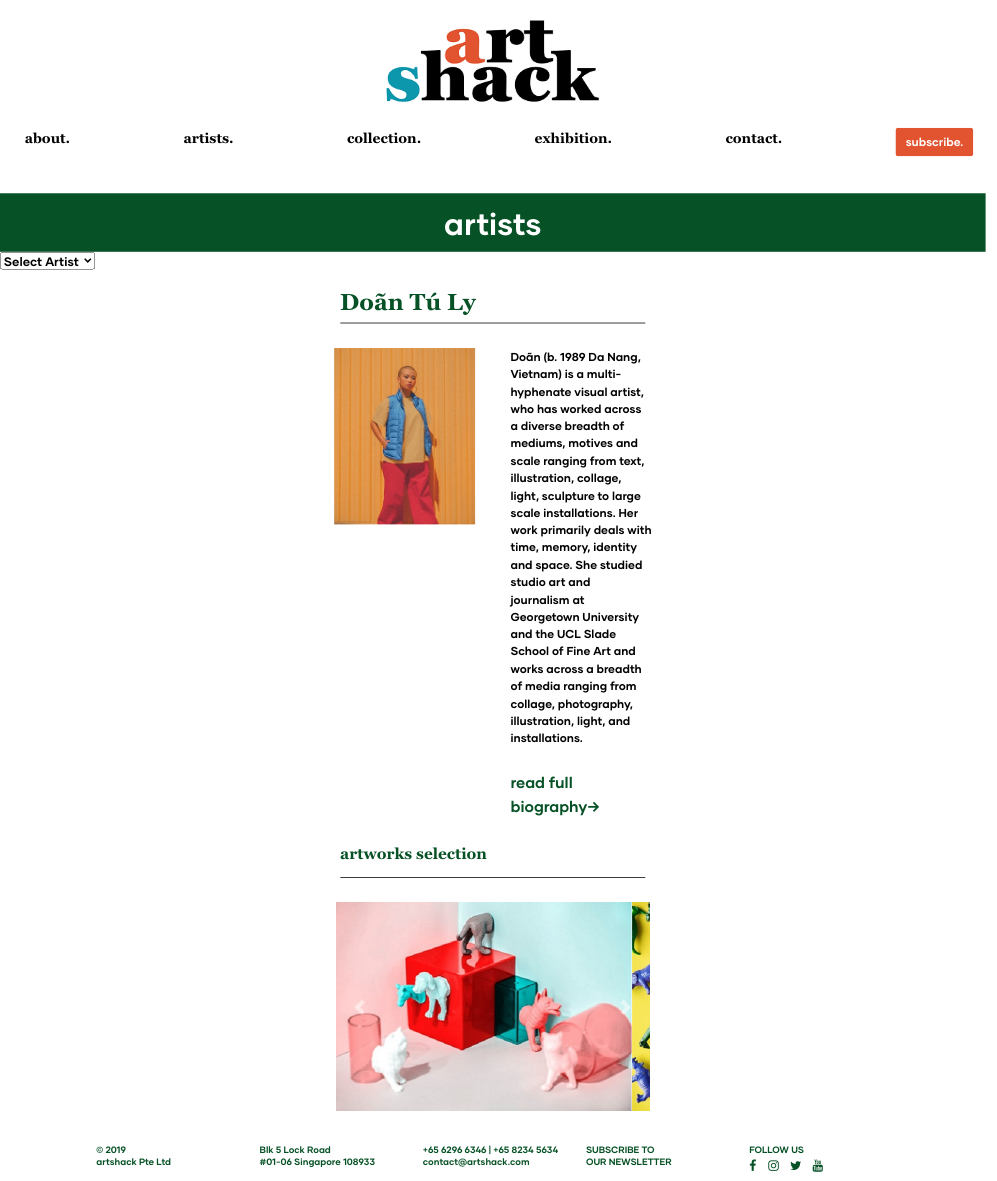
Repository: lynette-lyf/artshack
Page: doantuly.html
The author's editor kept a record of every edit. The page is drawn from the files as they stood at one moment, then again after the next edit.
The browser window is 1280 px wide. The page is 1295 px wide, so the pictures cover 1295 px, including what lies to the right of the window. The pictures show the whole page, at 77% of full size.

Above is the page before.
Not found: artists.css

After the next edit:
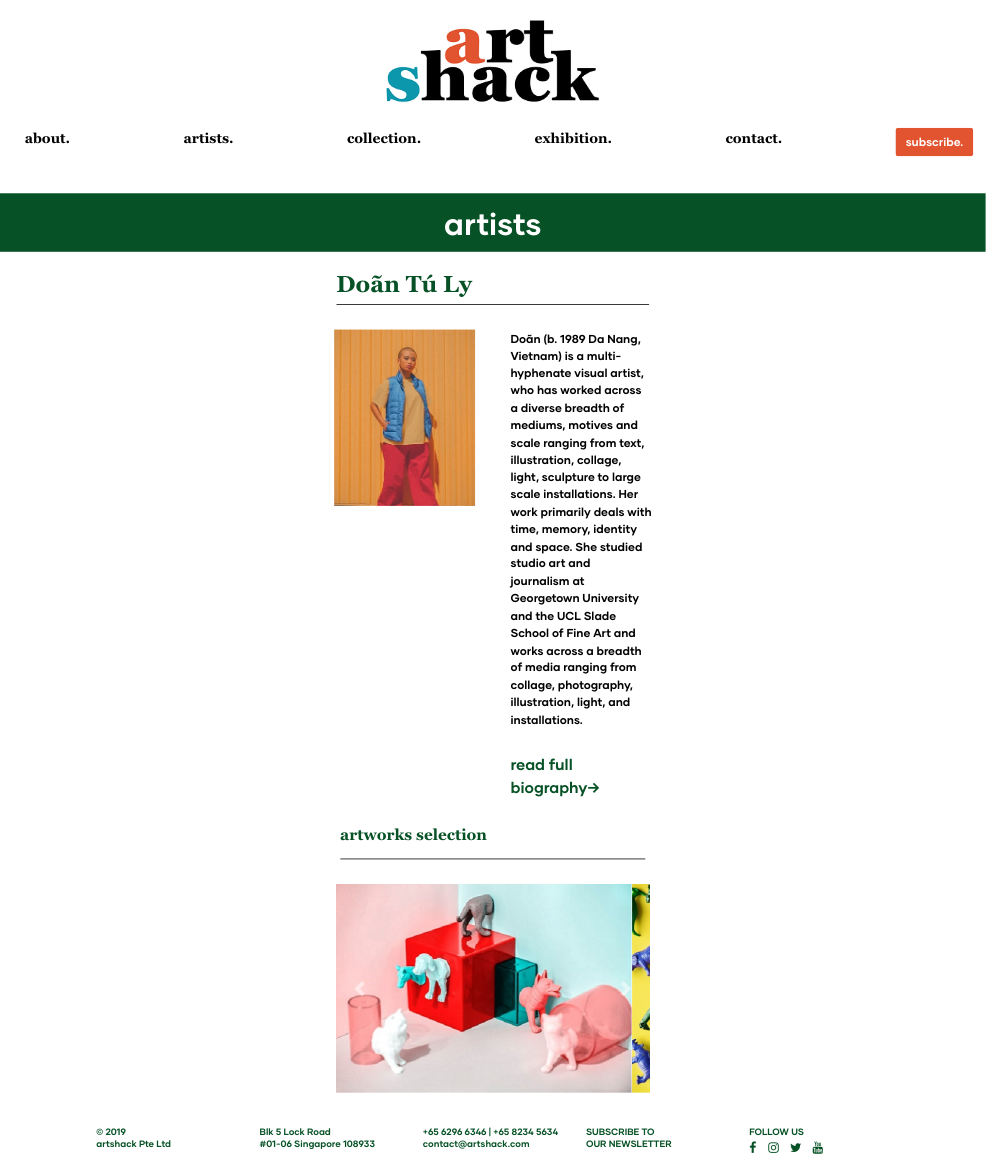
The edit:
--- a/doantuly.html
+++ b/doantuly.html
@@ -335,31 +335,10 @@
               <div class="col text-center my-2 mx-3" id="artists">artists</div>
             </div>
 </div>
-<div class="container-fluid-form">
- <div class="row">
-              <div class="col" id="artistform">
-                <form name="artistList">
-              <select name="artistMenu" id="artistMenu">
-               <option value="nothing" selected="selected">Select Artist</option>
-               <option value="doantuly.html">Doãn Tú Ly</option>
-               <option value="songyejun.html">Song Ye-Jun</option>
-              </select>
-             </form>
-    <script type="text/javascript">
-      var urlMenu = document.getElementById('artistMenu');
-      urlMenu.onchange = function() {
-        var userOption = this.options[this.selectedIndex];
-        if (userOption.value != "nothing") {
-          window.open(userOption.value, "Artists Page", "");window.open('page.html', '_self');
-        }
-      }
-    </script>
-    </div>
-</div>
 
 <!--Artist 1-->
-<div class="container-fluid-artistscontent mt-3 mx-auto">
-<div class="row justify-content-center mx-auto">
+<div class="container-fluid-artistscontent mt-3">
+<div class="row justify-content-center">
 <div class="col col-xl-4 col-lg-8 col-md-10 col-sm-12 mx-2 my-2"><h1 id="D">Doãn Tú Ly</h1><hr></div>
 </div>
 
